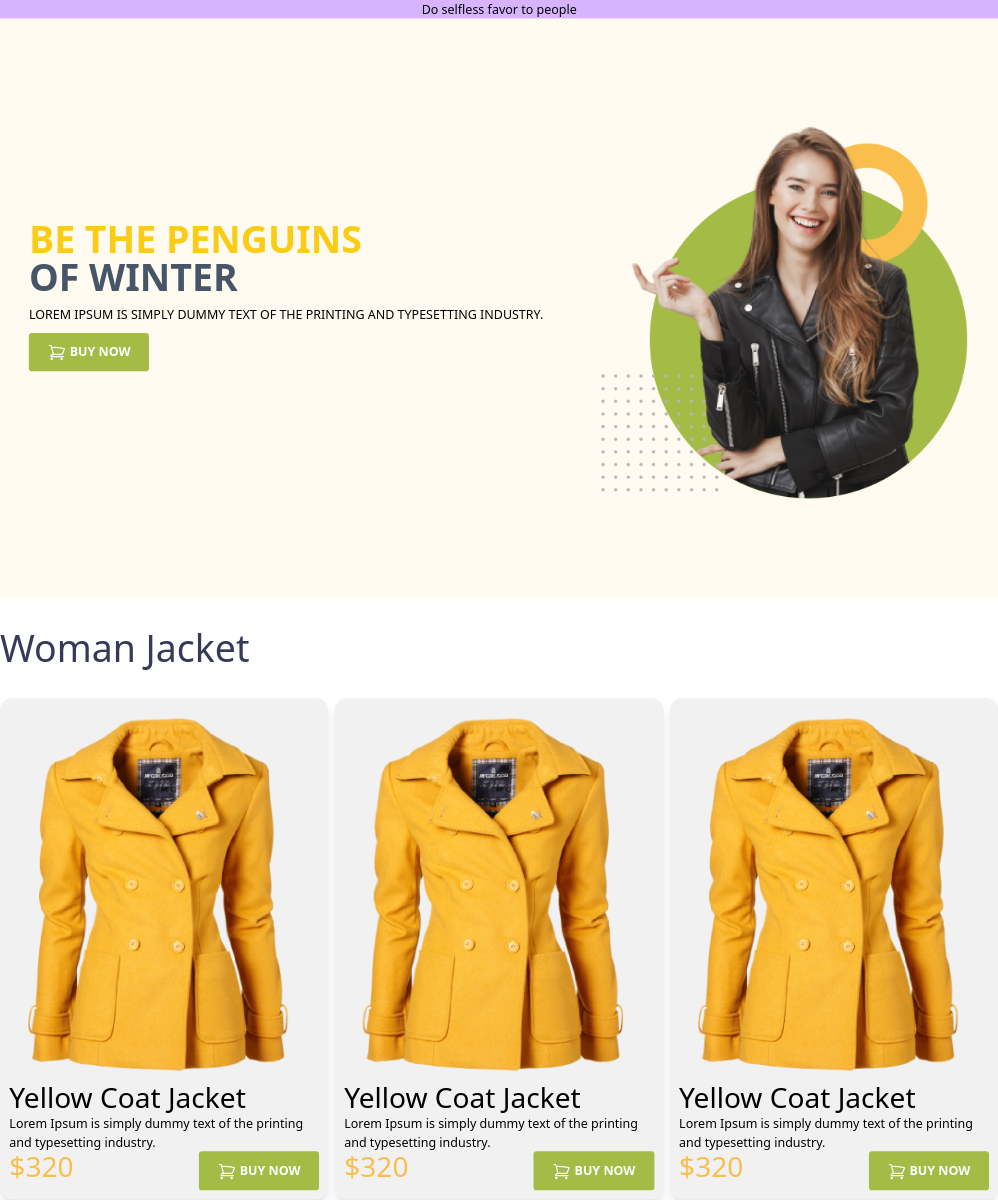
Repository: zjria/penguin-e-commerce-fashion
Page: index.html
These files come from the project's save history. The page is drawn as it stood at one moment and after the next save; the edit follows.
The browser window is 1280 px wide. The pictures show the whole page, at 78% of full size.
Some web libraries are served in a nearby version.

Above is the page before, as saved 2022-10-07 08:01:10.

After the next save:
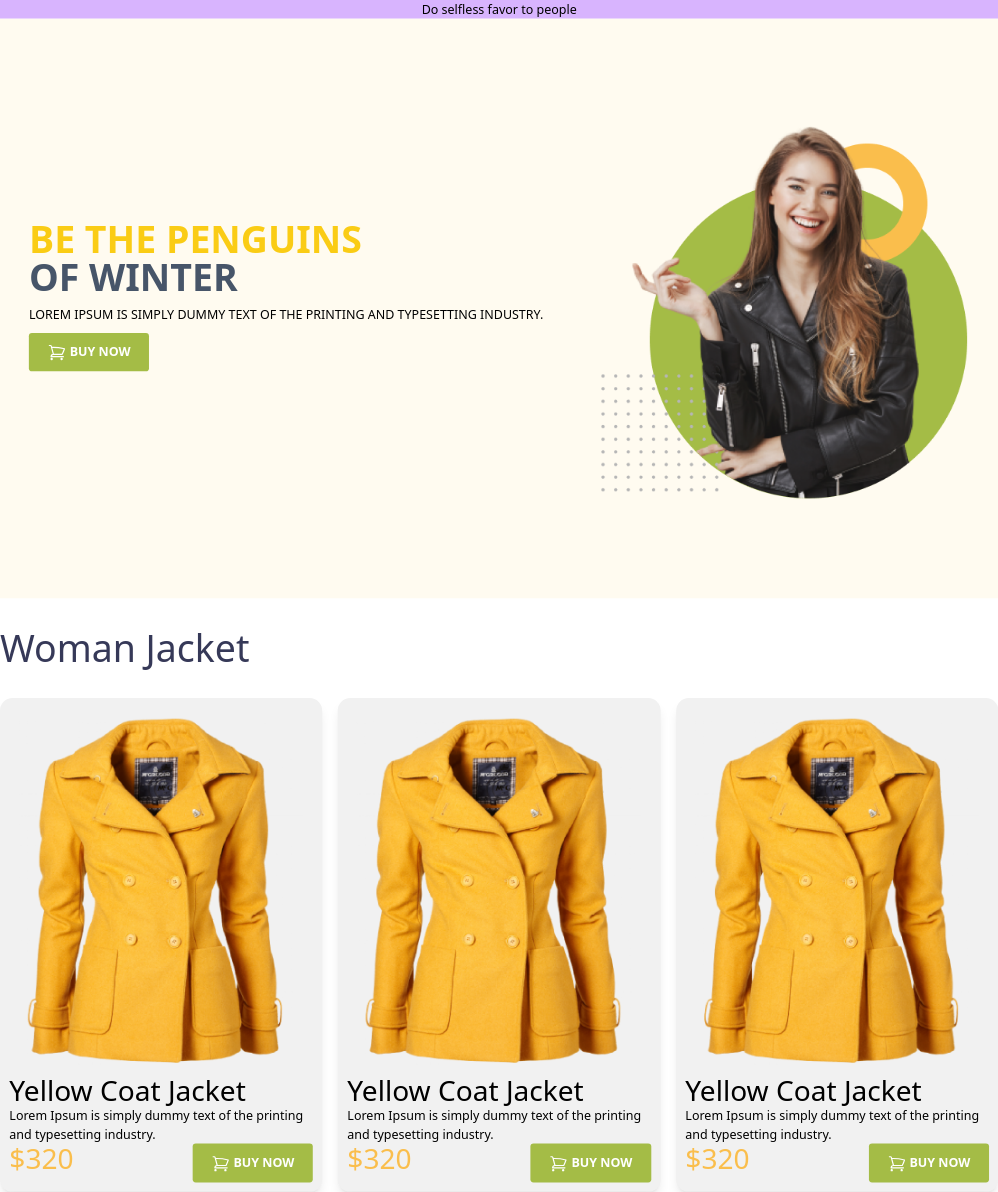
Saved 29 s later.
--- a/index.html
+++ b/index.html
@@ -64,7 +64,7 @@
     <main>
         <section class="container mx-auto">
             <h2 class="text-5xl my-10 text-main_text_color font-header_text">Woman Jacket</h2>
-            <div class="grid grid-cols-3 gap-2">
+            <div class="grid grid-cols-3 gap-5">
                 <div class="full_card_bg">
                     <div class="bg-card_bg rounded-2xl shadow-lg p-3">
                         <div class="p-3">
